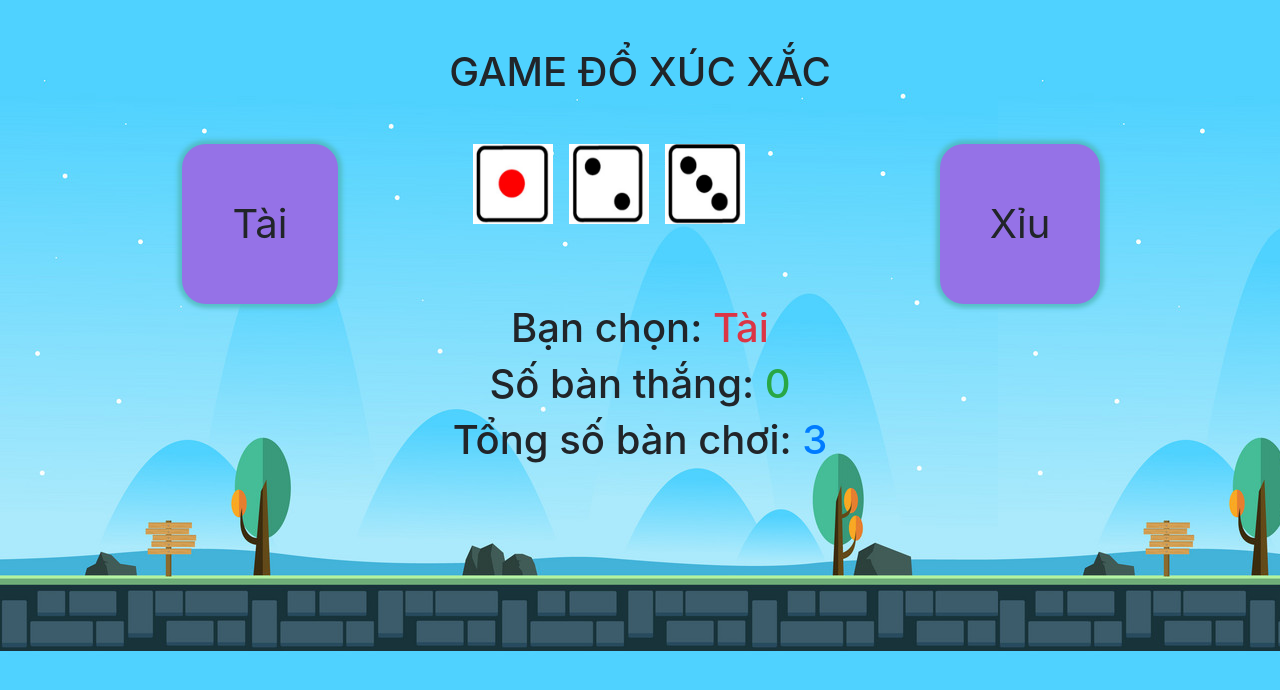
Repository: dovanthao2404/game-xuc-sac
Page: /
The author's editor kept a copy of each file at every save. The page is drawn from the files as they stood at one save, then again after a run of saves.
The browser window is 1280 px wide. The pictures show the whole page.
The project was rebuilt for these pictures with package versions that can differ from the ones it lists, and the page was loaded fresh each time.

Above is the page before, as saved 2021-09-11 13:13:08.

After the next 2 saves:
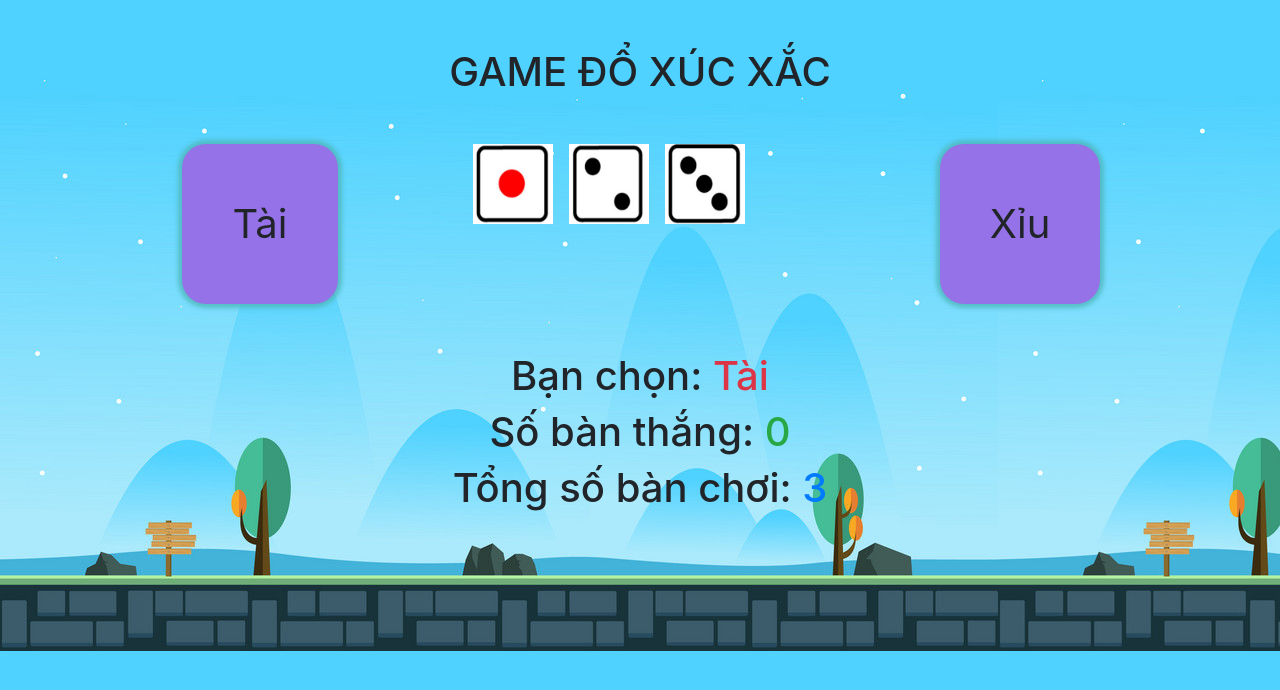
The 2 saves are shown as one change because they came seconds apart.
The last was saved 12 s later.
--- a/src/App.js
+++ b/src/App.js
@@ -29,7 +29,7 @@ function App() {
           </div>
         </div>
 
-        <div className="result text-center">
+        <div className="result text-center mt-5">
           <h1>Bạn chọn: <span className="text-danger">Tài</span></h1>
           <h1>Số bàn thắng: <span className="text-success">0</span></h1>
           <h1>Tổng số bàn chơi: <span className="text-primary">3</span></h1>
